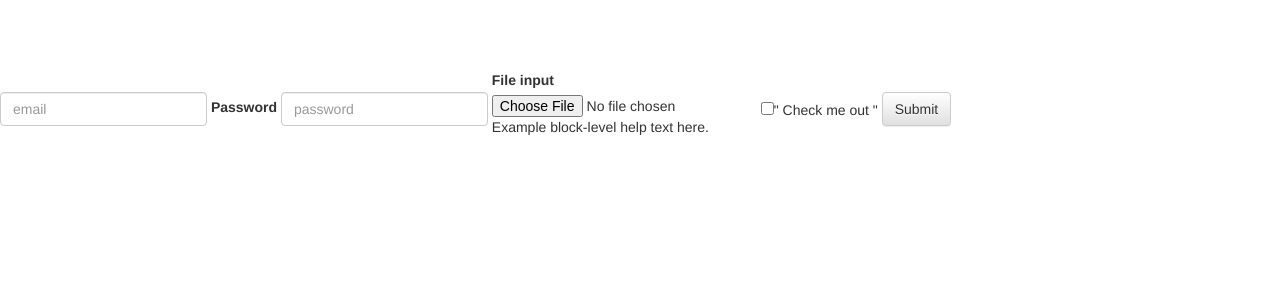
Repository: Echo-Jiang/Echo-Jiang.github.io
Page: test.5.html
The author's editor kept a record of every edit. The page is drawn from the files as they stood at one moment, then again after the next edit.
The browser window is 1280 px wide. The pictures show the whole page.

Above is the page before.

### test.5.html
<!DOCTYPE html>
<html lang="zh-CN">
  <head>
    <meta charset="utf-8">
    <meta http-equiv="X-UA-Compatible" content="IE=edge">
    <meta name="viewport" content="width=device-width, initial-scale=1">
    <!-- 上述3个meta标签*必须*放在最前面，任何其他内容都*必须*跟随其后！ -->
    <meta name="description" content="">
    <meta name="author" content="">
    <link rel="icon" href="../../favicon.ico">

    <title>Theme Template for Bootstrap</title>

    <!-- Bootstrap core CSS -->
    <link href="css/bootstrap.min.css" rel="stylesheet">
    <!-- Bootstrap theme -->
    <link href="css/bootstrap-theme.min.css" rel="stylesheet">

    <!-- Custom styles for this template -->
    <link href="theme.css" rel="stylesheet">

    <!-- HTML5 shim and Respond.js for IE8 support of HTML5 elements and media queries -->
    <!--[if lt IE 9]>
      <script src="https://cdn.bootcss.com/html5shiv/3.7.3/html5shiv.min.js"></script>
      <script src="https://cdn.bootcss.com/respond.js/1.4.2/respond.min.js"></script>
    <![endif]-->
  </head>

  <body>
    <form class="form-inline">
      <div class="form-group">
        <label class="sr-only"for="exampleInputEamil1">Email Address</label>
        <input type="emali" class="form-control" id="exampleInputEamil1" placeholder="email">
      </div>
      <div class="form-group">
        <label for="exampleInputPassword1">Password</label>
        <input type="password" class="form-control" id="exampleInputPassword1" placeholder="password">
      </div>
      <div class="form-group">
        <label for="exampleInputFile">File input</label>
        <input type="file" id="exampleInputFile">
        <p class="helpblock">Example block-level help text here.</p>
      </div>
      <div class="checkbox">
        <label>
          <input type="checkbox">" Check me out "</type>
        </label>
      </div>
        <button type="submit" class="btn btn-default">Submit</button>
    </form>


    <script src="js/jquery.min.js"></script>
    <script src="js/bootstrap.min.js"></script>
    <script src="js/docs.min.js"></script>

  </body>
</html>

Loaded but not shown: css/bootstrap.min.css (library); css/bootstrap-theme.min.css (library); css/theme.css (common file); js/jquery.min.js (library); js/bootstrap.min.js (library); js/docs.min.js (library)

After the next edit:
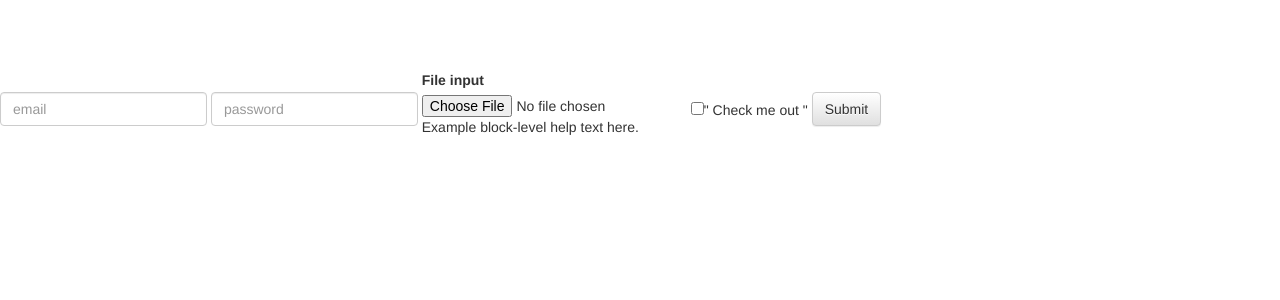
The edit:
--- a/test.5.html
+++ b/test.5.html
@@ -33,7 +33,7 @@
         <input type="emali" class="form-control" id="exampleInputEamil1" placeholder="email">
       </div>
       <div class="form-group">
-        <label for="exampleInputPassword1">Password</label>
+        <label class="sr-only" for="exampleInputPassword1">Password</label>
         <input type="password" class="form-control" id="exampleInputPassword1" placeholder="password">
       </div>
       <div class="form-group">
